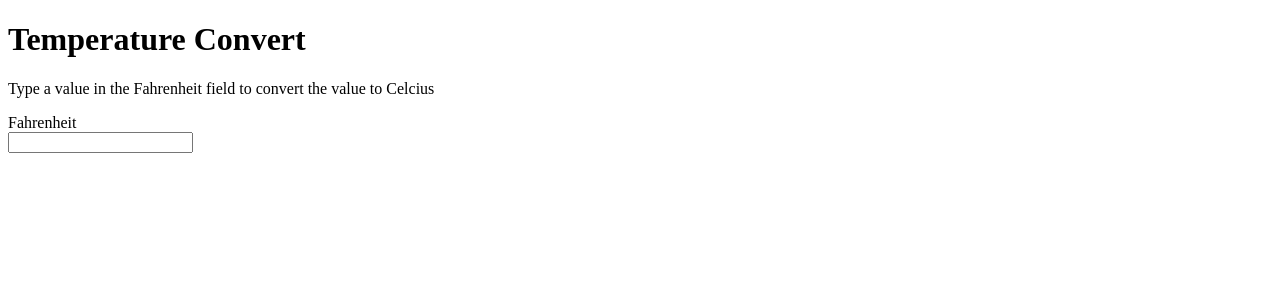
Repository: tungts3qb/BTCodeGym
Page: temprate-convert.html
These files come from the project's save history. The page is drawn as it stood at one moment and after the next save; the edit follows.
The browser window is 1280 px wide. The pictures show the whole page.

Above is the page before, as saved 2023-01-11 14:18:24.

After the next save:
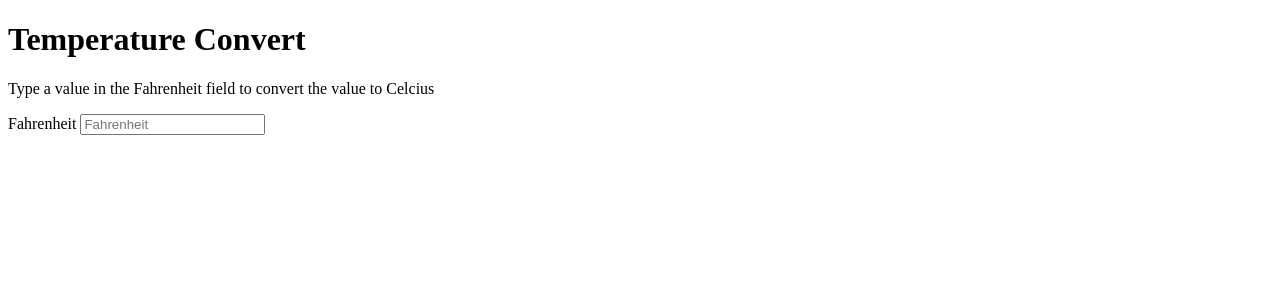
Saved 117 s later.
--- a/temprate-convert.html
+++ b/temprate-convert.html
@@ -12,8 +12,13 @@
       <p>
         Type a value in the Fahrenheit field to convert the value to Celcius
       </p>
-      <div>Fahrenheit</div>
-      <input type="number" name="" id="" />
+      <label>Fahrenheit</label>
+      <input
+        type="number"
+        name=""
+        id="inputFahrenheit"
+        placeholder="Fahrenheit"
+      />
     </form>
     <script></script>
   </body>
